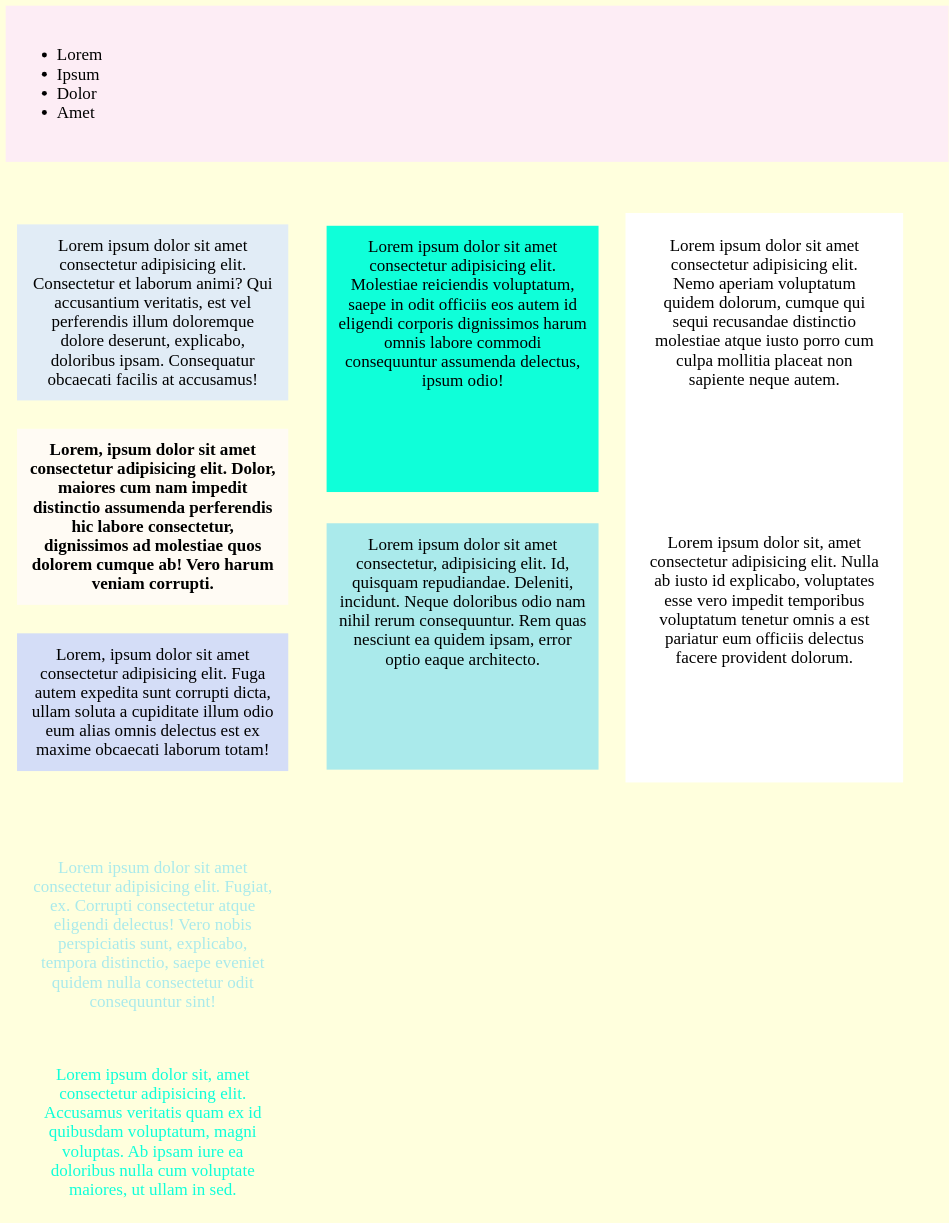
Repository: HTML-a-CSS-2/projekt-portfolio-Angelina555555
Page: .github/index.html
These files come from the project's save history. The page is drawn as it stood at one moment and after the next save; the edit follows.
The browser window is 1280 px wide. The page is 1336 px wide, so the pictures cover 1336 px, including what lies to the right of the window. The pictures show the whole page, at 71% of full size.

Above is the page before, as saved 2022-05-15 18:11:59.

After the next save:
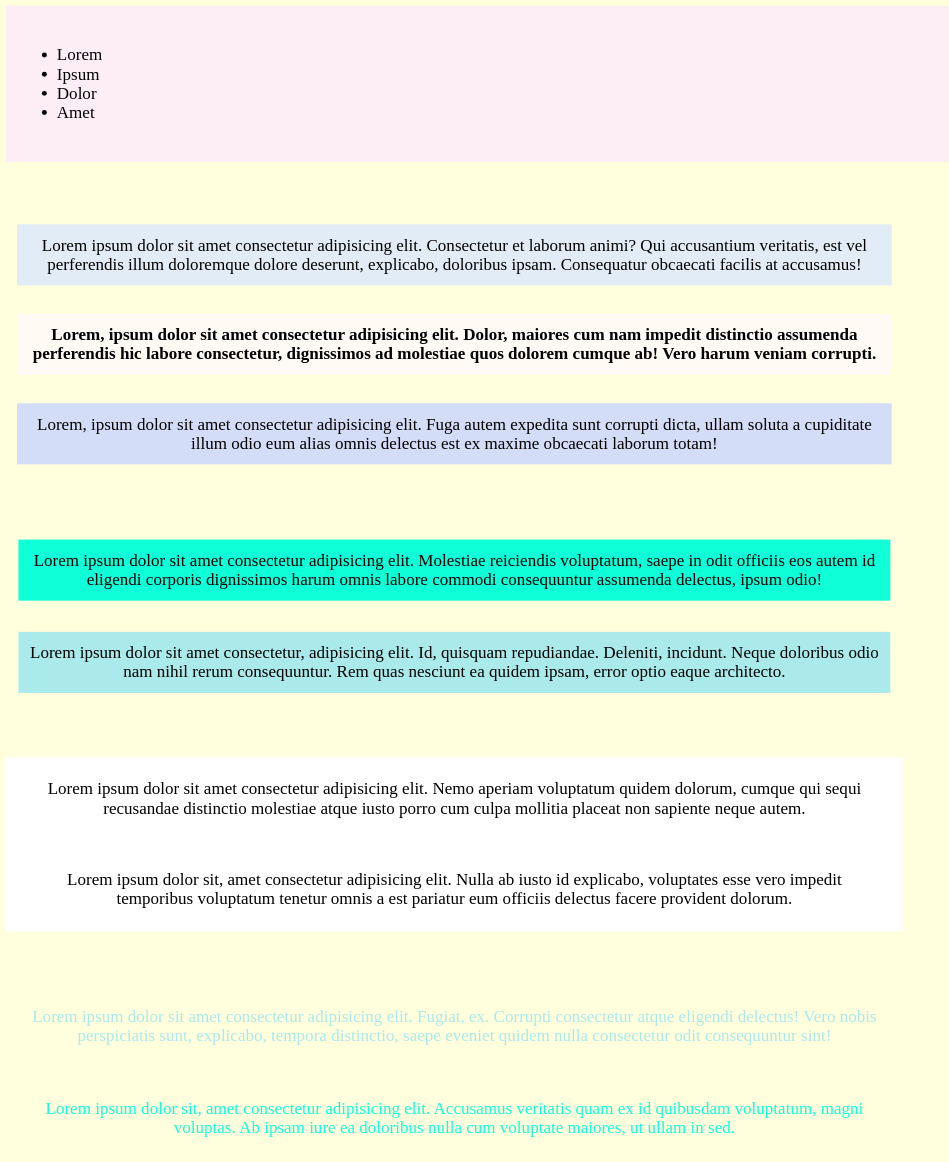
Saved 48 min 23 s later.
--- a/.github/default.css
+++ b/.github/default.css
@@ -10,7 +10,7 @@ body {
 .menu {
   display: flex;
   flex-wrap: wrap;
-  grid-column: span 3;
+  grid-template-columns: span 3;
 
   width: 100%;
   background-color: #fdedf5;
